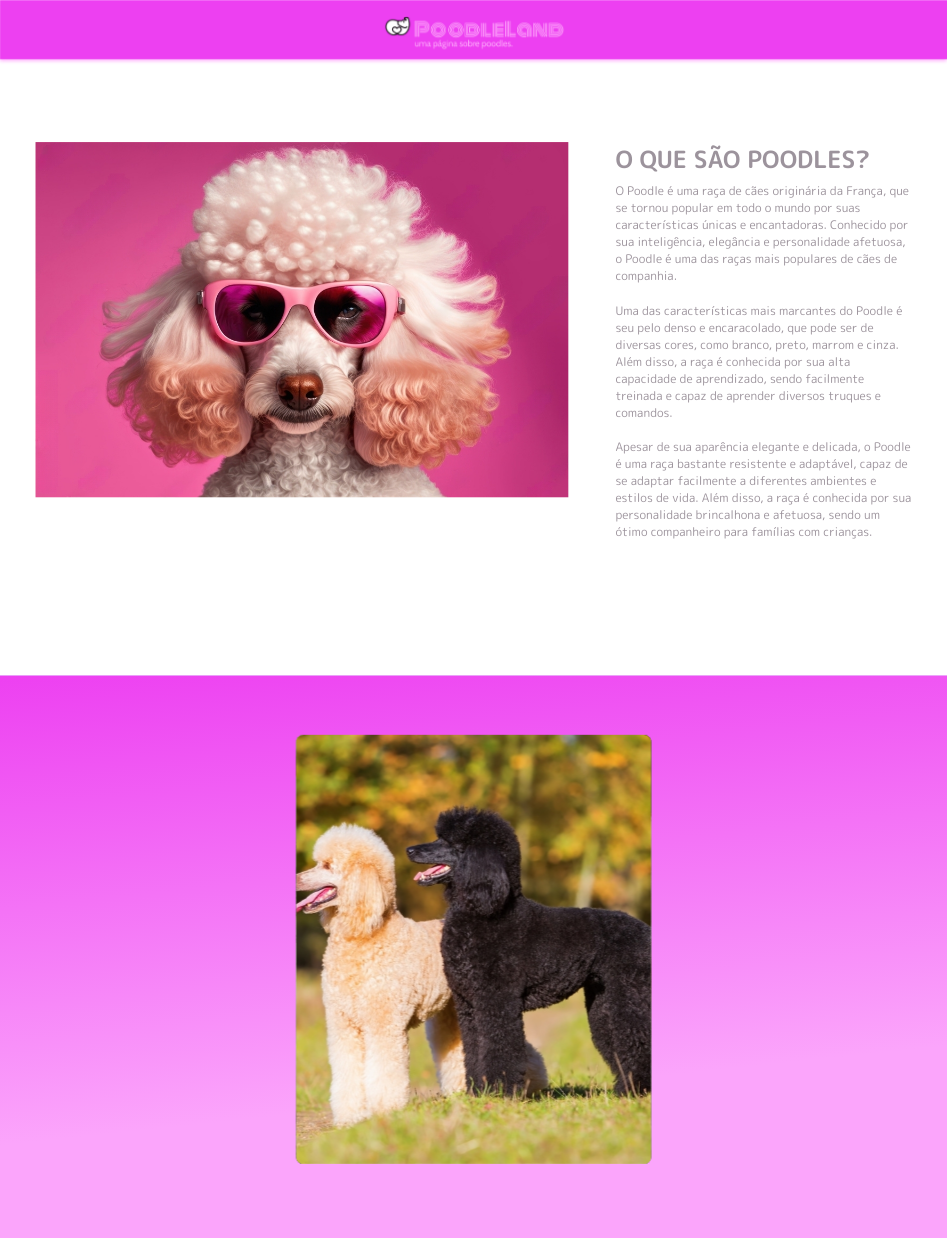
Repository: vinibalt/PoodleLand
Page: poddlelandia.html
These files come from the project's save history. The page is drawn as it stood at one moment and after the next save; the edit follows.
The browser window is 1280 px wide. The pictures show the whole page, at 74% of full size.
The first `#item-1` is checked.

Above is the page before, as saved 2023-05-12 21:48:53.

### poddlelandia.html
<!DOCTYPE html>
<html lang="en">

<head>
    <meta charset="UTF-8">
    <meta http-equiv="X-UA-Compatible" content="IE=edge">
    <meta name="viewport" content="width=device-width, initial-scale=1.0">
    <link rel="stylesheet" href="./assets/css/styles.css">
    <title> PoodleLand </title>
</head>

<body>
    <header class="header">
        <div class="content">
            <img src="./assets/img/logo-poodleland.png" alt="" height="60px">
        </div>
    </header>

    <section class="section-one row">
        <div class="img-one">
            <img src="./assets/img/poddle-lindo.jpeg" alt="" height="480px">
        </div>

        <div class="text-one">
            <h1>O QUE SÃO POODLES?</h1>
            <p>
                O Poodle é uma raça de cães originária da França, que se tornou popular em todo o mundo por suas
                características únicas e encantadoras. Conhecido por sua inteligência, elegância e personalidade
                afetuosa, o Poodle é uma das raças mais populares de cães de companhia. <br><br>
                Uma das características mais marcantes do Poodle é seu pelo denso e encaracolado, que pode ser de
                diversas cores, como branco, preto, marrom e cinza. Além disso, a raça é conhecida por sua alta
                capacidade de aprendizado, sendo facilmente treinada e capaz de aprender diversos truques e comandos.
                <br><br>
                Apesar de sua aparência elegante e delicada, o Poodle é uma raça bastante resistente e adaptável, capaz
                de se adaptar facilmente a diferentes ambientes e estilos de vida. Além disso, a raça é conhecida por
                sua personalidade brincalhona e afetuosa, sendo um ótimo companheiro para famílias com crianças.
                <br><br>

            </p>
        </div>
    </section>

    <section class="section-carousel">

        <div class="container">
            <input type="radio" name="slider" id="item-1" checked>
            <input type="radio" name="slider" id="item-2">
            <input type="radio" name="slider" id="item-3">
            <input type="radio" name="slider" id="item-4">
            <input type="radio" name="slider" id="item-5">
          <div class="cards">
            <label class="card" for="item-1" id="song-1">
              <img class="img-carousel" src="./assets/img/poodle-praiano.jpeg" alt="song">
            </label>
            <label class="card" for="item-2" id="song-2">
              <img class="img-carousel" src="./assets/img/poodle-cinza-transformed.jpeg" alt="song">
            </label>
            <label class="card" for="item-3" id="song-3">
              <img class="img-carousel" src="./assets/img/poodle-varias-cores-transformed.jpeg" alt="song">
            </label>
            <label class="card" for="item-4" id="song-4">
                <img class="img-carousel" src="./assets/img/poodle-fofo.jpg" alt="song">
            </label>
            <label class="card" for="item-5" id="song-5">
                <img class="img-carousel" src="./assets/img/poodle-bnw.jpeg" alt="song">
            </label>
          </div>
        </div>

    </section>

    <section class="section-two">

    </section>

    <footer>

    </footer>
</body>

</html>

### assets/css/styles.css
@import url('https://fonts.googleapis.com/css2?family=Heebo:wght@300;400;500;600;700;800;900&display=swap');
@import url('https://fonts.googleapis.com/css2?family=M+PLUS+Rounded+1c:wght@100;300;400;500;700;800;900&display=swap');
/* font-family: 'Heebo', sans-serif; */

* {
    padding: 0;
    margin: 0;

    font-family: 'M PLUS Rounded 1c', sans-serif;
}

body {
    scroll-behavior: smooth;
}

.header {
    height: 80px;
    position: sticky;
    top: 0;
    background-color: #ed40f1;
    box-shadow: 0px 3px 5px 0px rgba(255,171,252,1);

    justify-content: center;
    align-items: center;
    text-align: center;

    z-index: 2;
}

.content img {
    padding-top: 1rem;
    border-radius: .5rem;

    border-radius: 8px;
}

.section-one {
    height: auto;
    padding-top: 4rem;

    padding: 4rem 1rem 8rem 1rem;
    color: #9c939c;
}

.img-one, .text-one{
    padding: 3rem 2rem 2rem;
}

.text-one {

}

.text-one > h1 {
 font-size: 32px;
 font-weight: 700;

 padding-bottom: .5rem;
}

.text-one > p {
    font-size: 16px;
    font-weight: 400;
}

.section-carousel {
    height: 700px;
    /* background-color: #fba5fb; */
    background: rgb(237,64,241);
    background: linear-gradient(174deg, rgba(237,64,241,1) 0%, rgba(251,165,251,1) 71%);
}








.row {
    display: flex;
    flex-direction: row;
}

.column {
    display: flex;
    flex-direction: column;
}







@import url("https://fonts.googleapis.com/css?family=DM+Sans:400,500,700&display=swap");



.section-carousel {
  display: flex;
  align-items: center;
  justify-content: center;
  padding: 30px 10px;
  font-family: 'DM Sans', sans-serif;
  transition: background .4s ease-in;
  background-color: #c394f8;

  &.blue {
    background-color: #428aa6;
  }
}

input[type=radio] {
  display: none;
}

.card {
  position: absolute;
  width: 60%;
  height: 100%;
  left: 0;
  right: 0;
  margin: auto;
  transition: transform .4s ease;
  cursor: pointer;
}

.container {
  width: 100%;
  max-width: 800px;
  max-height: 600px;
  height: 100%;
  transform-style: preserve-3d;
  display: flex;
  justify-content: center;
  flex-direction: column;
  align-items: center;
}

.cards {
  position: relative;
  width: 100%;
  height: 100%;
  margin-bottom: 20px;

  z-index: 1;
}

.img-carousel {
  width: 100%;
  height: 100%;
  border-radius: 10px;
  object-fit: cover;
}

#item-1:checked ~ .cards #song-3, #item-2:checked ~ .cards #song-1, #item-3:checked ~ .cards #song-2, #item-4:checked ~ {
  transform: translatex(-40%) scale(.8);
  opacity: .4;
  z-index: 0;
}

#item-1:checked ~ .cards #song-2, #item-2:checked ~ .cards #song-3, #item-3:checked ~ .cards #song-1, #item-4:checked ~ {
  transform: translatex(40%) scale(.8);
  opacity: .4;
  z-index: 0;
}

#item-1:checked ~ .cards #song-1, #item-2:checked ~ .cards #song-2, #item-3:checked ~ .cards #song-3, #item-4:checked ~ {
  transform: translatex(0) scale(1);
  opacity: 1;
  z-index: 1;

  img {
    box-shadow: 0px 0px 5px 0px rgba(81, 81, 81, 0.47);
  }
}

.player {
  background-color: #fff;
  border-radius: 8px;
  min-width: 320px;
  padding: 16px 10px;
}

.upper-part {
  position: relative;
  display: flex;
  align-items: center;
  margin-bottom: 12px;
  height: 36px;
  overflow: hidden;
}

.play-icon{ margin-right: 10px; }

.song-info {
  width: calc(100% - 32px);
  display: block;
}

.song-info .title {
  color: #403d40;
  font-size: 14px;
  line-height: 24px;
}

.sub-line {
  display: flex;
  justify-content: space-between;
  width: 100%;
}

.subtitle, .time {
  font-size: 12px;
  line-height: 16px;
  color: #c6c5c6;
}

.time {
  font-size: 12px;
  line-height: 16px;
  color: #a5a5a5;
  font-weight: 500;
  margin-left: auto;
}

.progress-bar {
  height: 3px;
  width: 100%;
  background-color: #e9efff;
  border-radius: 2px;
  overflow: hidden;
}

.progress {
  display: block;
  position: relative;
  width: 60%;
  height: 100%;
  background-color: #2992dc;
  border-radius: 6px;
}

.info-area {
  width: 100%;
  position: absolute;
  top: 0;
  left: 30px;
  transition: transform .4s ease-in;
}

#item-2:checked ~ .player #test {
  transform: translateY(0);
}

#item-2:checked ~ .player #test  {
  transform: translateY(-40px);
}

#item-3:checked ~ .player #test  {
  transform: translateY(-80px);
}

After the next save:
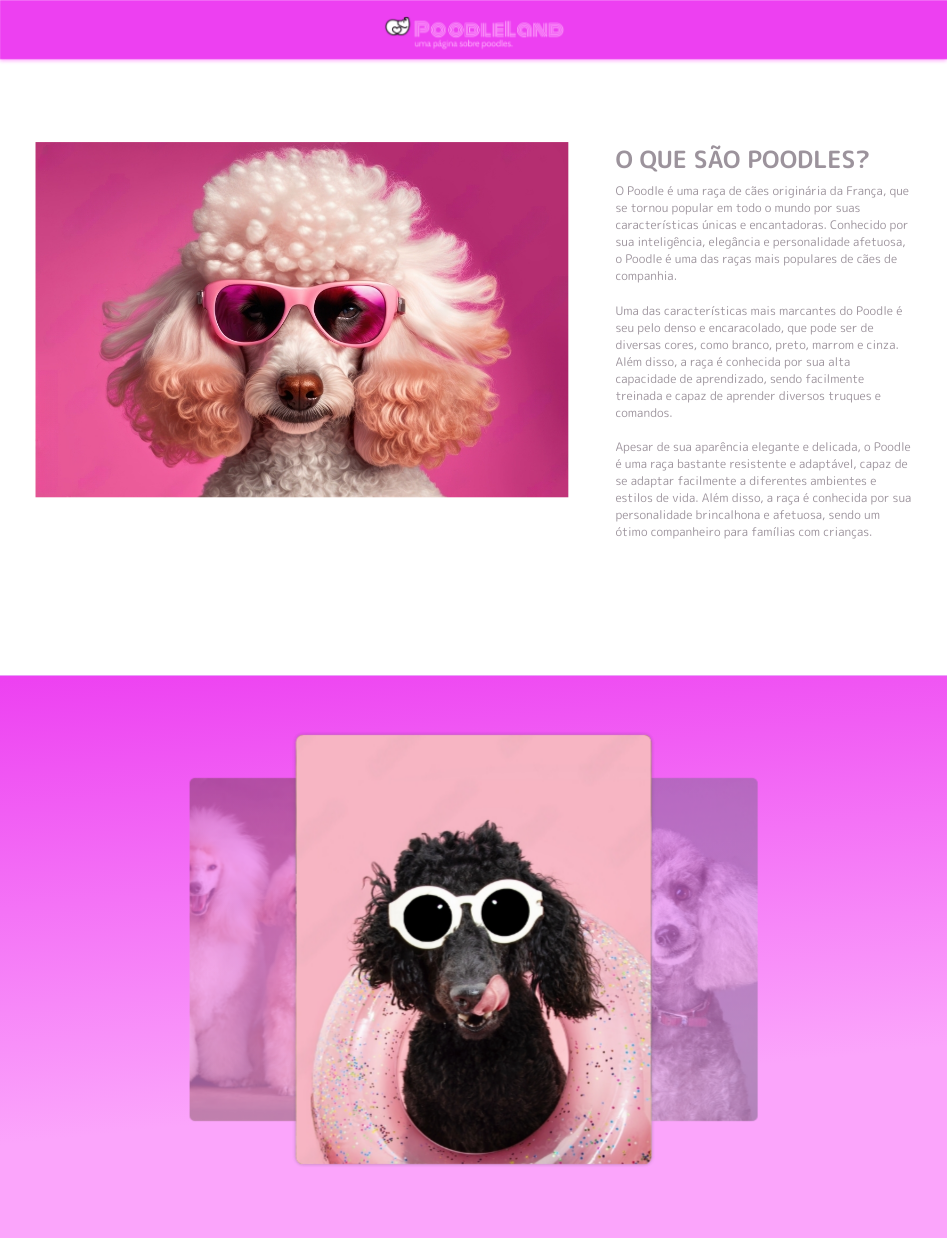
Saved 77 s later.
--- a/assets/css/styles.css
+++ b/assets/css/styles.css
@@ -153,19 +153,19 @@ input[type=radio] {
   object-fit: cover;
 }
 
-#item-1:checked ~ .cards #song-3, #item-2:checked ~ .cards #song-1, #item-3:checked ~ .cards #song-2, #item-4:checked ~ {
+#item-1:checked ~ .cards #song-3, #item-2:checked ~ .cards #song-1, #item-3:checked ~ .cards #song-2 {
   transform: translatex(-40%) scale(.8);
   opacity: .4;
   z-index: 0;
 }
 
-#item-1:checked ~ .cards #song-2, #item-2:checked ~ .cards #song-3, #item-3:checked ~ .cards #song-1, #item-4:checked ~ {
+#item-1:checked ~ .cards #song-2, #item-2:checked ~ .cards #song-3, #item-3:checked ~ .cards #song-1 {
   transform: translatex(40%) scale(.8);
   opacity: .4;
   z-index: 0;
 }
 
-#item-1:checked ~ .cards #song-1, #item-2:checked ~ .cards #song-2, #item-3:checked ~ .cards #song-3, #item-4:checked ~ {
+#item-1:checked ~ .cards #song-1, #item-2:checked ~ .cards #song-2, #item-3:checked ~ .cards #song-3 {
   transform: translatex(0) scale(1);
   opacity: 1;
   z-index: 1;
